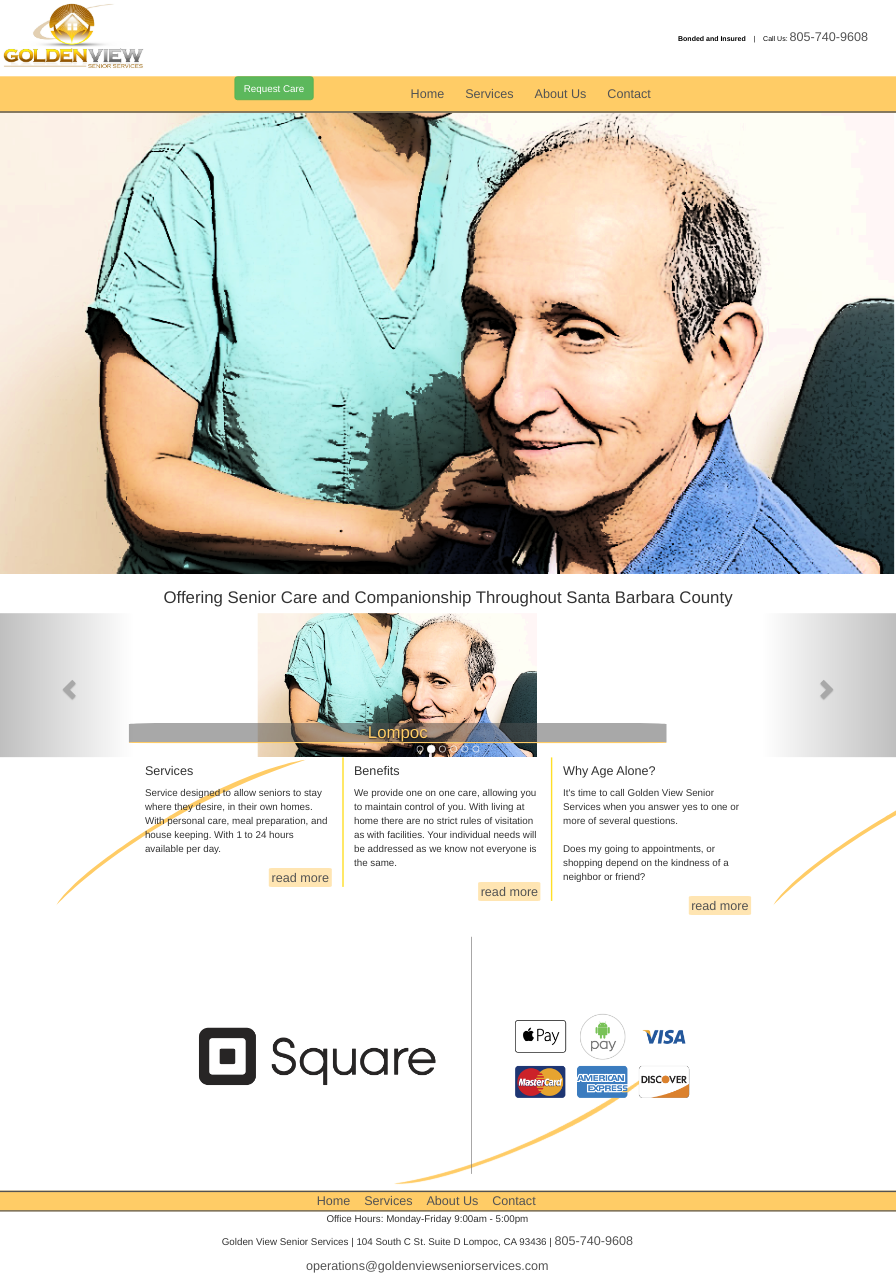
Repository: alprusa/GoldenViewWebsiteMockup
Page: GoldenViewWebsite/index.html
The author's editor kept a copy of each file at every save. The page is drawn from the files as they stood at one save, then again after the next save.
The browser window is 1280 px wide. The pictures show the whole page, at 70% of full size.

Above is the page before, as saved 2017-07-29 23:44:29.

After the next save:
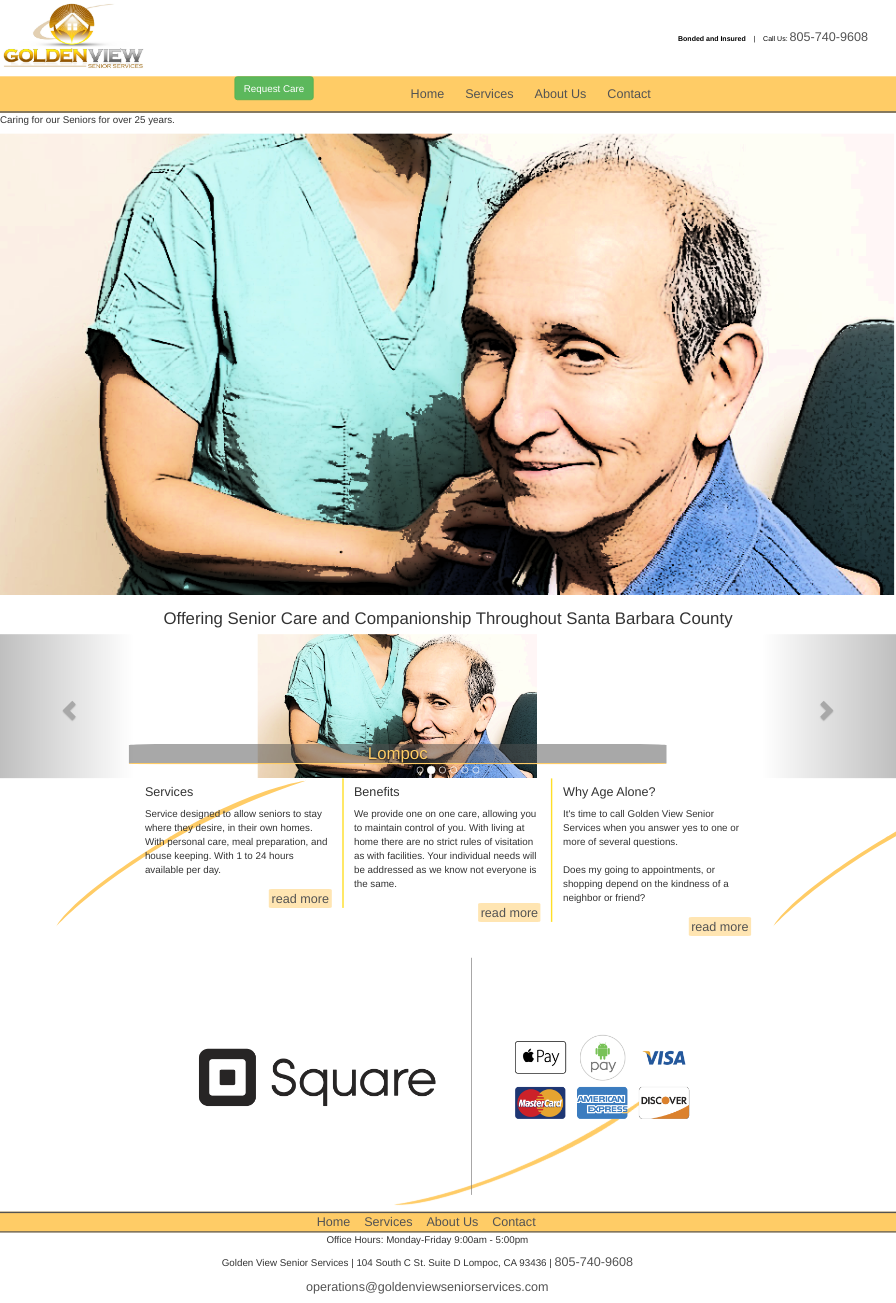
Saved 36 s later.
--- a/GoldenViewWebsite/index.html
+++ b/GoldenViewWebsite/index.html
@@ -79,6 +79,7 @@
                 </div>
              </nav>
 
+             <p>Caring for our Seniors for over 25 years.</p>
              <img src="img/PatientCareSliderSize.png" alt="PatientCare" class="img-responsive" width="100%">
 
              <!--Body Text-->

After the save that followed:
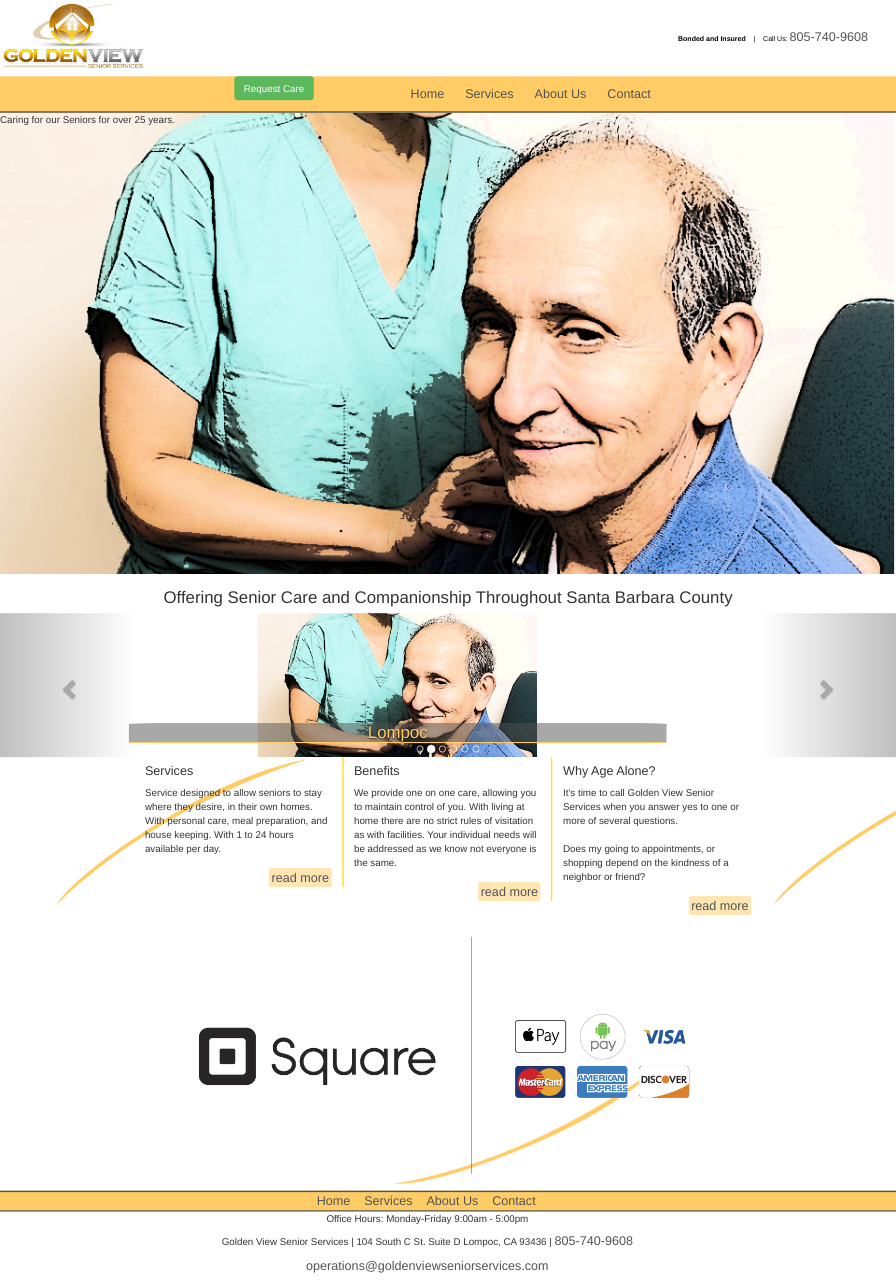
Saved 12 s later.
--- a/GoldenViewWebsite/index.html
+++ b/GoldenViewWebsite/index.html
@@ -79,7 +79,7 @@
                 </div>
              </nav>
 
-             <p>Caring for our Seniors for over 25 years.</p>
+             <p style="position: absolute;">Caring for our Seniors for over 25 years.</p>
              <img src="img/PatientCareSliderSize.png" alt="PatientCare" class="img-responsive" width="100%">
 
              <!--Body Text-->
